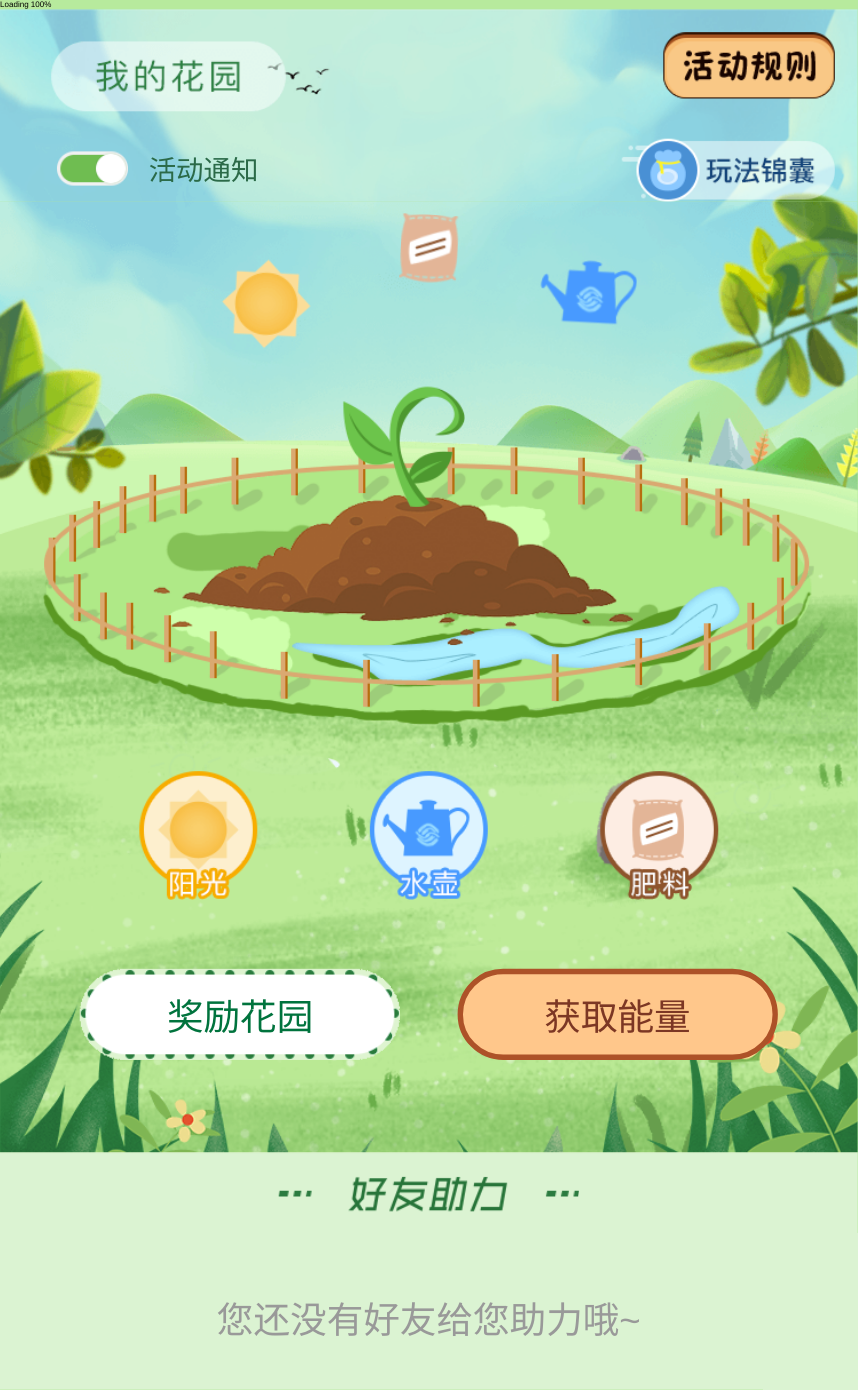
Repository: wangbiaozy/zh
Page: index.html
The author's editor kept a copy of each file at every save. The page is drawn from the files as they stood at one save, then again after the next save.
The browser window is 1280 px wide. The pictures show the whole page, at 67% of full size.

Above is the page before, as saved 2019-03-18 20:40:16.

### index.html
<!DOCTYPE html>
<html lang="en">

<head>
    <meta charset="UTF-8">
    <meta name="viewport" content="width=device-width, initial-scale=1.0, maximum-scale=1.0, minimum-scale=1.0, user-scalable=no, viewport-fit=cover">
    <meta http-equiv="X-UA-Compatible" content="ie=edge">
    <title>北京移动</title>
    <link rel="stylesheet" href="css/reset.min.css">
    <link rel="stylesheet/less" href="css/styles.less">
    <link rel="stylesheet" href="css/animation.css">
    <script src="js/less-1.7.0.min.js"></script>
    <script src="js/jquery-1.10.1.min.js"></script>
    <script src="js/imgLoader.js"></script>
    <script>
        imgLoader([
            'images/bottom_bg.png',
            'images/btn_fri.png',
            'images/btn_jn.png',
            'images/btn_look.png',
            'images/btn_nothing.png',
            'images/con_bg.png',
            'images/default.jpg',
            'images/erweima_bg_01.png',
            'images/erweima_bg_02.png',
            'images/erweima.jpg',
            'images/feiliao.png',
            'images/fl.png',
            'images/flower_0.png',
            'images/flower_1.png',
            'images/flower_2.png',
            'images/flower_3.png',
            'images/flower_4.png',
            'images/flower_5.png',
            'images/flower_6.png',
            'images/flower_end_1.png',
            'images/flower_end_2.png',
            'images/flower_end_3.png',
            'images/flower_end_4.png',
            'images/flower_end_5.png',
            'images/flower_end_6.png',
            'images/flower_fir.png',
            'images/flower_sec.png',
            'images/flower_tc_1.png',
            'images/flower_tc_2.png',
            'images/flower_tc_3.png',
            'images/flower_tc_4.png',
            'images/flower_tc_5.png',
            'images/flower_tc_6.png',
            'images/flower.png',
            'images/fri_default.png',
            'images/fri_fl.png',
            'images/fri_sh.png',
            'images/fri_tc.png',
            'images/fri_text_box.png',
            'images/fri_yg.png',
            'images/gift_list.png',
            'images/gift_title.png',
            'images/main_bg_01.png',
            'images/main_bg_02.png',
            'images/main_bg_03.png',
            'images/main_flower.png',
            'images/mess_off.png',
            'images/mess_on.png',
            'images/mess_tc.png',
            'images/method_bg_01.png',
            'images/method_bg_02.png',
            'images/method_bg_03.png',
            'images/method_bg_04.png',
            'images/method_bg_05.png',
            'images/rule_box.png',
            'images/rule_btn.png',
            'images/sh.png',
            'images/share.png',
            'images/shou.png',
            'images/shuihu.png',
            'images/start_btn.png',
            'images/sun.png',
            'images/tc_0_bg.png',
            'images/tc_2_bg.png',
            'images/tc_banner.png',
            'images/tc_firbg.png',
            'images/title_hy.png',
            'images/top_bg_01.png',
            'images/top_bg_02.png',
            'images/yg.png',
            'images/zhongzi.png'
        ], function (percentage) {
            var percentT = percentage * 100;
            $('.loader_info').html('Loading ' + (parseInt(percentT)) + '%');
            $('.loader_progress')[0].style.width = percentT + '%';
            if (percentage == 1) {
                /* $('.loader').remove();
                $('.home').show(); */
            }
        });
    </script>
</head>
<body>
    <!--loading-->
    <section class="loader">
        <div class="loader_info"></div>
        <div>
            <div class="loader_progress"></div>
        </div>
    </section>
    <!-- 首页 -->
    <section id="home" class="home">
        <div>
            <a href="javascript: void(0)" class="rule-btn"></a>
        </div>
        <div>
            <div></div>
        </div>
        <div>
            <a href="javascript: void(0)" id="start-btn"></a>
            <div>
                <p id="countDown"><i>倒计时：</i><span>7</span>天<span>00</span>时<span>00</span>分<span>00</span>秒</p>
            </div>
            <p>4月8日-4月14日&nbsp;&nbsp;&nbsp;&nbsp;活动将于4月14日结束，务必到期前领取</p>
        </div>
    </section>
    <!-- 活动规则页 -->
    <section id="rule" class="rule">
        <div>
            <div></div>
            <div>
                <ul>
                    <li>
                        <h3>一 活动时间：</h3>
                        <p>即日起——4月14日</p>
                        <h3>二 活动介绍：</h3>
                        <p>活动期间，用户通过北京移动微信公众号，可参与“天天种花得流量”活动。用户每天可获得一颗种子，通过添加物料（水、阳光、肥料），完成种植，收获花朵并获得对应流量奖品。</p>
                        <p>获取物料方法：</p>
                        <p>1、用户首次参与活动可领取水、阳光、肥料各1份。</p>
                        <p>2、分享活动给好友，邀请其助力赠送，可获得更多物料。（好友助力次数不限，但为同一用户仅可助力一次。）</p>
                        <h3>三 奖品规则：</h3>
                        <p>活动奖品包含：100MB、200MB、500MB、1GB、2GB、3GB全国流量，及部分免费业务体验资格、优惠业务办理资格。</p>
                        <p>（一）流量奖品</p>
                        <p>1.流量档位包括100MB、200MB、500MB、1GB、2GB、3GB全国流量；</p>
                        <p>2.奖品将于领取后15日内，自动充入用户的微信关注绑定手机号，流量自充入日起生效，有效期至本月月末；</p>
                        <p>3.活动赠送套外国内流量，优先级低于主套餐、可选包、短促包、定向流量包等，赠送流量无法共享，不可结转；</p>
                        <p>4.处于保留期、保号期、挂失、申停、欠停、转品牌过渡期的手机号；物联网卡、4G超级日租卡套餐、神州行开心听、语音套餐卡、神州行B标准资费基本策划等特殊资费用户无法领取赠送流量；</p>
                        <p>5.赠送流量每月仅可领取100次，超出上限不可领取；</p>
                        <p>6.北京移动用户抽中流量奖品后，自动充入关注绑定账户。非北京移动用户抽中流量奖品后可以转赠给北京移动手机号码。</p>
                        <p>（二）其它奖品</p>
                        <p>规则详见各奖品办理页面</p>
                        <p>温馨提示：</p>
                        <p>1、活动将于4月14日结束，请您务必于活动结束前完成领奖，逾期视为自动放弃奖品。</p>
                        <p>2、活动页面内可手动关闭活动提醒。如不关闭，默认每天发放服务通知，提醒用户活动状态已更新。</p>
                    </li>
                </ul>
                <a href="javascript:void(0)">确定</a>
            </div>
        </div>
        <div></div>
    </section>
    <!-- 主页 -->
    <section id="main" class="main">
        <div>
            <a href="javascript:void(0)" class="rule-btn"></a>
            <a href="javascript:void(0)" class="method-btn"></a>
            <div>
                <a href="javascript:void(0)"></a>
                <p>活动通知</p>
            </div>
        </div>
        <div>
            <div>
                <div class="cq"></div>
                <ul>
                    <li class="a-ring"></li>
                    <li class="a-ring"></li>
                    <li class="a-ring"></li>
                </ul>
            </div>
        </div>
        <div>
            <ul>
                <li>
                    <span>3</span>
                </li>
                <li>
                    <span>3</span>
                </li>
                <li>
                    <span>3</span>
                </li>
            </ul>
            <ul>
                <li>奖励花园</li>
                <li>获取能量</li>
            </ul>
        </div>
        <div>
            <h3></h3>
            <ul>
                <p>您还没有好友给您助力哦~</p>
                <!-- <li>
                    <div>
                        <img src="./images/fri_default.png" alt="">
                    </div>
                    <p>胖子胖子胖子胖子</p>
                    <p>帮忙增加了<span>肥料</span></p>
                    <p>3月1日</p>
                </li> -->
            </ul>
        </div>
    </section>
    <!-- 玩法锦囊页 -->
    <section id="method" class="method">
        <div></div>
        <div></div>
        <div></div>
        <div></div>
        <div></div>
        <a href="javascript: void(0)">确定</a>
    </section>
    <!-- 我的奖励花园页 -->
    <section id="gift" class="gift">
        <div>
            <div>
                <div></div>
                <ul>
                    <li>
                        <img src="./images/flower_0.png" alt="">
                        <a href="javascript: void(0)"></a>
                    </li>
                    <li>
                        <img src="./images/flower_0.png" alt="">
                        <a href="javascript: void(0)"></a>
                    </li>
                    <li>
                        <img src="./images/flower_0.png" alt="">
                        <a href="javascript: void(0)"></a>
                    </li>
                    <li>
                        <img src="./images/flower_0.png" alt="">
                        <a href="javascript: void(0)"></a>
                    </li>
                    <li>
                        <img src="./images/flower_0.png" alt="">
                        <a href="javascript: void(0)"></a>
                    </li>
                    <li>
                        <img src="./images/flower_0.png" alt="">
                        <a href="javascript: void(0)"></a>
                    </li>
                    <li>
                        <img src="./images/flower_0.png" alt="">
                        <a href="javascript: void(0)"></a>
                    </li>
                </ul>
                <div></div>
                <a href="javascript: void(0)">返回</a>
            </div>
        </div>
        <div></div>
    </section>
    <!-- 二维码页 -->
    <section id="code" class="code">
        <div>
            <div>
                <div>
                    <p>亲爱的用户<br>天天种花得流量活动邀你参加<br>天天有惊喜哦~</p>
                </div>
                <div>
                    <div>
                        <img src="./images/erweima.jpg" alt="">
                    </div>
                </div>
            </div>
        </div>
        <div></div>
    </section>
    <!-- 添加物料弹窗 -->
    <section class="model addModel message-model">
        <div>
            <p>您已成功为种子<br><span>添加了阳光</span><br>种子已进入<span>成熟</span>期<br>快来看看吧</p>
        </div>
        <a href="javascript: void(0)">确定</a>
    </section>
    <!-- 发送好友弹窗 -->
    <section class="model to-friend message-model">
        <div>
            <p>您需要积攒能量<br>才能种出神秘花朵<br>还有抽大奖的机会哦<br>快请好友帮忙吧</p>
        </div>
        <a href="javascript:void(0)">发送好友</a>
    </section>
    <!-- 开始 种子弹窗 -->
    <section class="model tc-0">
        <div>
            <p>恭喜您已经播种了<br>一颗神秘种子<br>快去养育TA～</p>
            <div></div>
            <p>看看可以收获什么花吧！！</p>
            <p>送您阳光、水壶、肥料各一份</p>
        </div>
        <a href="javascript:void(0)">确定</a>
    </section>
    <!-- 本网获得流量弹窗 -->
    <section class="model tc-1">
        <div>
            <p>恭喜您的手机号</p>
            <p>15910943650</p>
            <p>收货了<span>雏菊</span>（价值<span>500MB</span>）</p>
            <img src="./images/flower_tc_1.png" alt="">
            <p>流量将于7日内到账</p>
            <p>有效期至本月月末</p>
            <a href=""></a>
        </div>
        <a href="javascript:void(0)">确定</a>
    </section>
    <!-- 异网流量弹窗 1-->
    <section class="model tc-2">
        <div>
            <p>恭喜您的手机号</p>
            <p>13612341234</p>
            <p>收获了<span>雏菊</span>（价值<span>500MB</span>）</p>
            <img src="./images/flower_tc_1.png" alt="">
            <p>您可以转赠到北京移动号码内</p>
            <p>（流量仅可在活动期间内进行转赠）</p>
        </div>
        <div>
            <a href="javascript:void(0)">取消</a>
            <a href="javascript:void(0)">转赠</a>
        </div>
    </section>
    <!-- 异网流量弹窗 2 -->
    <section class="model tc-3">
        <div>
            <p>请输入好友北京移动手机号码</p>
            <div>
                <p>手机号码</p>
                <input id="inputTel" type="number" pattern="[0-9]*" oninput="if(value.length>11)value=value.slice(0,11)">
            </div>
            <p>（流量仅可在活动期间进行转赠）</p>
        </div>
        <a href="javascript:void(0)">确定</a>
    </section>
     <!-- 异网流量弹窗 3 -->
    <section class="model tc-4">
        <div>
            <p>信息确认</p>
            <p>您是否将</p>
            <p><span>500MB</span>全国流量</p>
            <p>转赠到手机号码</p>
            <p>13612341234</p>
            <p>账户中</p>
            <p>点击确认后信息将不可更改</p>
        </div>
        <div>
            <a href="javascript:void(0)">修改</a>
            <a href="javascript:void(0)">确认</a>
        </div>
    </section>
    <!-- 异网流量弹窗 4 -->
    <section class="model tc-5">
        <div>
            <p>您已将</p>
            <p><span>500MB</span>全国流量</p>
            <p>转赠到手机号码</p>
            <p>15910011111</p>
            <p>账户中</p>
            <p>流量将于15日内到账</p>
            <p>有效期至本月月末</p>
            <p>（流量到账后，立即生效）</p>
            <a href=""></a>
        </div>
        <a href="javascript:void(0)">确定</a>
    </section>
    <!-- 分享浮层 -->
    <section class="share">
        <div>
            <span></span>
        </div>
    </section>
    <!-- 遮罩层 -->
    <section class="mask" id="mask"></section>
</body>
</html>
<script src="js/index.js"></script>

### css/reset.min.css
@charset "utf-8";
/*默认样式清除和初始化*/
body,h1,h2,h3,h4,h5,h6,hr,p,blockquote,dl,dt,dd,ul,ol,li,button,input,textarea,th,td{margin:0;padding:0}body{font-size:12px;font-style:normal;font-family:"\5FAE\8F6F\96C5\9ED1",Helvetica,sans-serif}small{font-size:12px}h1{font-size:18px}h2{font-size:16px}h3{font-size:14px}h4,h5,h6{font-size:100%}ul,ol{list-style:none}a{text-decoration:none;background-color:transparent}a:hover,a:active{outline-width:0;text-decoration:none}table{border-collapse:collapse;border-spacing:0}hr{border:0;height:1px}img{border-style:none}img:not([src]){display:none}svg:not(:root){overflow:hidden}html{-webkit-touch-callout:none;-webkit-text-size-adjust:100%}input,textarea,button,a{-webkit-tap-highlight-color:rgba(0,0,0,0)}article,aside,details,figcaption,figure,footer,header,main,menu,nav,section,summary{display:block}audio,canvas,progress,video{display:inline-block}audio:not([controls]),video:not([controls]){display:none;height:0}progress{vertical-align:baseline}mark{background-color:#ff0;color:#000}sub,sup{position:relative;font-size:75%;line-height:0;vertical-align:baseline}sub{bottom:-0.25em}sup{top:-0.5em}button,input,select,textarea{font-size:100%;outline:0}button,input{overflow:visible}button,select{text-transform:none}textarea{overflow:auto}button,html [type="button"],[type="reset"],[type="submit"]{-webkit-appearance:button}button::-moz-focus-inner,[type="button"]::-moz-focus-inner,[type="reset"]::-moz-focus-inner,[type="submit"]::-moz-focus-inner{border-style:none;padding:0}button:-moz-focusring,[type="button"]:-moz-focusring,[type="reset"]:-moz-focusring,[type="submit"]:-moz-focusring{outline:1px dotted ButtonText}[type="checkbox"],[type="radio"]{box-sizing:border-box;padding:0}[type="number"]::-webkit-inner-spin-button,[type="number"]::-webkit-outer-spin-button{height:auto}[type="search"]{-webkit-appearance:textfield;outline-offset:-2px}[type="search"]::-webkit-search-cancel-button,[type="search"]::-webkit-search-decoration{-webkit-appearance:none}::-webkit-input-placeholder{color:inherit;opacity:.54}::-webkit-file-upload-button{-webkit-appearance:button;font:inherit}.clear:after{display:block;height:0;content:"";clear:both}
*{ -webkit-tap-highlight-color: rgba(0,0,0,0);-webkit-tap-highlight-color: transparent; /* For some Androids */ }

Loaded but not shown: js/less-1.7.0.min.js (library); js/jquery-1.10.1.min.js (library); js/index.js (497 lines, source omitted); js/imgLoader.js (49 lines, source omitted); css/animation.css (2744 lines, source omitted)

After the next save:
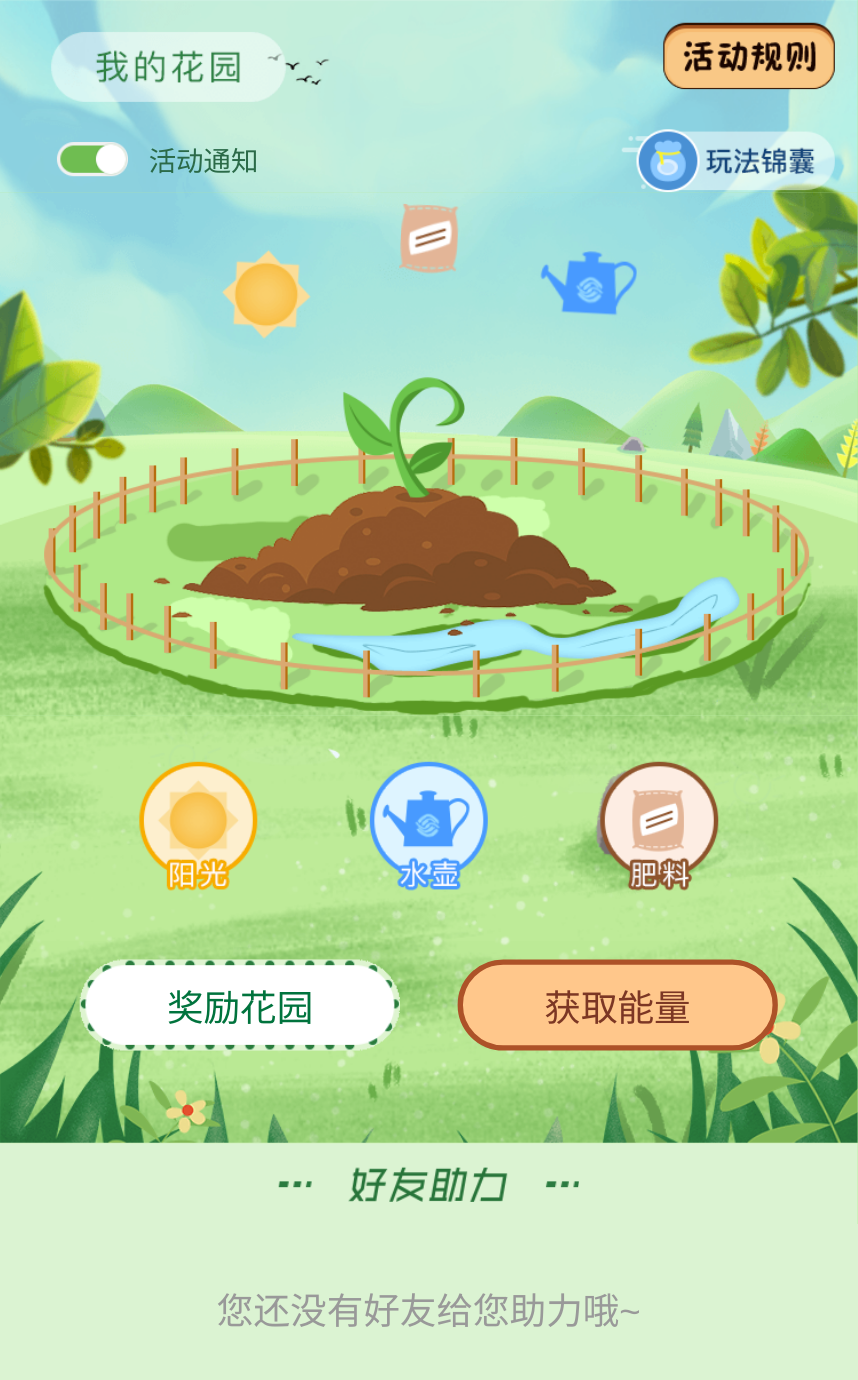
Console error: TypeError: Cannot read properties of undefined (reading 'style')
Saved 11 s later.
--- a/index.html
+++ b/index.html
@@ -98,12 +98,12 @@
 </head>
 <body>
     <!--loading-->
-    <section class="loader">
+    <!-- <section class="loader">
         <div class="loader_info"></div>
         <div>
             <div class="loader_progress"></div>
         </div>
-    </section>
+    </section> -->
     <!-- 首页 -->
     <section id="home" class="home">
         <div>
